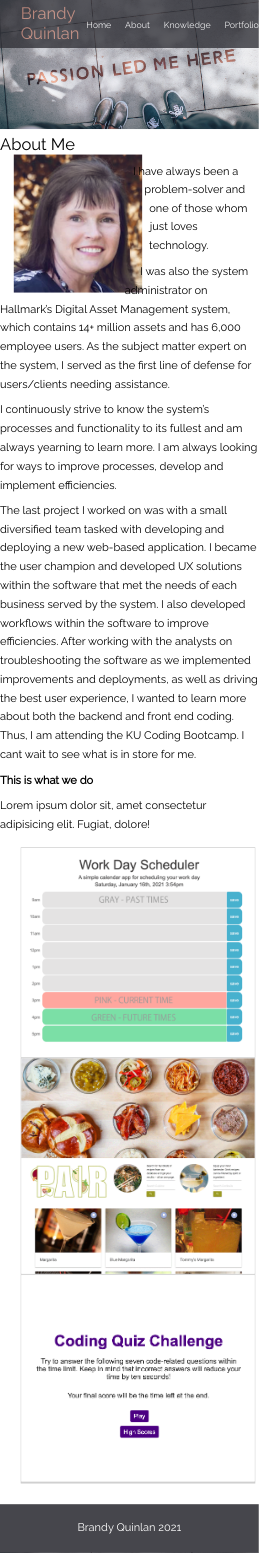
Repository: brandyquinlan/brandyquinlan
Page: index.html
The author's editor kept a copy of each file at every save. The page is drawn from the files as they stood at one save, then again after the next save.
The browser window is 375 px wide. The pictures show the whole page, at 69% of full size.
Some web libraries are served in a nearby version.

Above is the page before, as saved 2021-02-05 21:15:00.

### index.html
<!DOCTYPE html>
<html lang="en">

<head>
    <meta charset="UTF-8">
    <meta name="viewport" content="width=device-width, initial-scale=1.0">
    <link href="https://fonts.googleapis.com/css2?family=Roboto" rel="stylesheet">
    <link href="https://fonts.googleapis.com/css2?family=Raleway" rel="stylesheet">

    <link rel="stylesheet" href="https://cdnjs.cloudflare.com/ajax/libs/font-awesome/5.13.0/css/all.min.css" integrity="sha256-h20CPZ0QyXlBuAw7A+KluUYx/3pK+c7lYEpqLTlxjYQ=" crossorigin="anonymous" />
    <link rel="stylesheet" href="css/style.css">
    <title>Quinlan Portfolio</title>
</head>

<body id="home">
    <header class="hero">
        <div id="navbar" class="navbar">
            <h1 class="name">Brandy Quinlan</h1>
            <nav>
                <ul>
                    <li><a href="#home">Home</a></li>
                    <li><a href="#about">About</a></li>
                    <li><a href="#knowledge">Knowledge</a></li>
                    <li><a href="portfolio.html">Portfolio</a></li>
                    <li><a href="contact.html">Contact</a></li>
                </ul>
            </nav>
        </div>
        <section class="container">
            <img src="img/ian-schneider-TamMbr4okv4-unsplash.png" alt="" class="no-repeat  center center/cover">
        </section>
        <!-- <div id="content">
            <h1>My Slogan</h1>
            <p>Lorem ipsum dolor sit amet, consectetur adipisicing elit. Delectus, molestiae.</p>
        </div> -->
    </header>

    <!-- About -->
    <section id="aboutMe">
        <h1>About Me</h1>
        <div id="aboutRow1">

            <img class="float-left img-fluid mr-4 w-25" src="img/Me_copy.png" alt="Brandy Quinlan">
        </div>
        <p>
            I have always been a problem-solver and one of those whom just loves technology.
        </p>
        <p>
            I was also the system administrator on Hallmark’s Digital Asset Management system, which contains 14+ million assets and has 6,000 employee users. As the subject matter expert on the system, I served as the first line of defense for users/clients needing
            assistance.
        </p>
        <p> I continuously strive to know the system’s processes and functionality to its fullest and am always yearning to learn more. I am always looking for ways to improve processes, develop and implement efficiencies.
        </p>
        <p>
            The last project I worked on was with a small diversified team tasked with developing and deploying a new web-based application. I became the user champion and developed UX solutions within the software that met the needs of each business served by the
            system. I also developed workflows within the software to improve efficiencies. After working with the analysts on troubleshooting the software as we implemented improvements and deployments, as well as driving the best user experience, I
            wanted to learn more about both the backend and front end coding. Thus, I am attending the KU Coding Bootcamp. I cant wait to see what is in store for me.
        </p>

    </section>
    <!-- Portfolio Gallery -->
    <section class="projects flex-grid section-padding">
        <header class="section-header">
            <h4>This is what we do</h4>
            <p>
                Lorem ipsum dolor sit, amet consectetur adipisicing elit. Fugiat, dolore!
            </p>
        </header>
        <div class="row">
            <div class="projectsGallery">

                <a href="https://brandyquinlan.github.io/HW05_Day_Planner/" target=”_blank”>
                    <img src="img/day_planner.png" alt="" />
                </a>
                <a href="https://brandyquinlan.github.io/PAIR/" target=”_blank”>
                    <img src="/img/PAIR.png" alt="" />
                </a>
                <a href="https://brandyquinlan.github.io/HW04_Coding_Quiz/" target=”_blank”>
                    <img src="img/code-quiz.png" alt="Code Quiz Project" />
                </a>
                <a href="">
                    <img src="" alt="" />
                </a>
            </div>
    </section>
    <footer>
        <div>
            <p>Brandy Quinlan 2021</p>
        </div>
    </footer>

</body>

</html>

### css/style.css
        * {
            box-sizing: border-box;
            margin: 0;
            padding: 0;
        }
        /* Base Styles */

        body {
            font-family: 'Raleway', sans-serif;
            background: #fff;
            /* color: #333; */
            line-height: 1.7;
        }

        h1,
        h2 {
            font-weight: 250;
            font-size: 1.5rem;
            line-height: 1.2;
        }

        ul {
            list-style: none;
        }

        p {
            margin: 10px 0;
        }

        a {
            text-decoration: none;
            color: #333;
        }

        img {
            max-width: 100%;
        }
        /* Header */

        header h1 {
            color: #bf8273;
            padding-left: 10px;
        }
        /* Navbar */

        #navbar {
            display: flex;
            align-items: center;
            justify-content: space-between;
            width: 100%;
            height: 70px;
            position: fixed;
            top: 0px;
            background: #333339;
            color: #fff;
            opacity: .8;
            padding: 0 20px;
        }

        #navbar a {
            color: #fff;
            padding: 10px 10px;
            font-size: .8rem;
        }

        #navbar a:hover {
            color: #a35a4e;
        }

        #navbar ul {
            display: flex;
        }
        /* About */

        #about {
            border: 30px #5b8f9c solid;
            padding: 30px 80px;
            background: #f4f4f4;
            color: #333;
            /* background: #99999d;
            color: #fff; */
            font-size: .9rem;
        }

        #about h1 {
            color: #e6978a;
            padding-bottom: 20px;
        }

        #aboutRow1 {
            float: left;
            /* padding: 20px; */
            justify-content: space-between;
            margin: 0 20px;
            shape-outside: circle();
        }

        #about img {
            border-radius: 50%;
            margin-right: 50px;
            width: 150px;
            height: 150px;
        }
        /* Knowledge */

        #knowledge h1 {
            /* border-top: #99999d 5px solid; */
            color: #e6978a;
            /* font-weight: bolder; */
            padding: 20px 0 0 80px;
            background: #fff;
        }

        .blocks {
            position: relative;
            top: 15px;
            height: 260px;
            font-size: .9rem;
            background: #f4f4f4;
            border: #ccc 1px dashed;
        }

        .box {
            float: left;
            width: 30%;
            padding: 50px 30px 30px;
            text-align: center;
        }

        .box i {
            margin-bottom: 10px;
        }

        .blocks #box2 {
            background: #e6978a;
            color: #fff;
            height: 260px;
            width: 40%;
            /* position: relative;
            top: -10px; */
        }

        .blocks p {
            margin-bottom: 25px;
        }

        .blocks .btn {
            background: #333;
            color: #fff;
            padding: 5px 15px;
            margin-top: 15px;
            cursor: pointer;
        }

        .blocks .btn:hover {
            opacity: .8;
        }
        /* Projects */

        .projectsGallery {
            padding: 10px 5px 20px 30px;
            display: flex;
            justify-content: space-around;
            align-items: center;
        }

        .projects img {
            border: #ccc 1px solid;
            width: 30vw;
        }

        .projectsGallery p {
            background: #e6978a;
        }

        .projects h1 {
            justify-content: center;
            color: #e6978a;
            padding: 40px 0 0 80px;
        }
        /* Contact */
        /* .form-group {
            align-items: center;
        } */

        #contact {
            display: flex;
            justify-content: space space-between;
            width: 100%;
            max-width: 1920px;
            margin-top: 40px;
            padding: 20px 80px;
            background: #99999d;
            color: #fff;
            font-size: .9rem;
        }

        #contact .column2 {
            width: 40vw;
            align-items: center;
            margin-left: 40px;
            padding: 25px;
            font-size: .9rem;
            border: 15px solid #67a5b4;
        }

        #contact form {
            width: 40vw;
            outline-color: #e6978a;
        }

        #contact input {
            /* display: inline-block;
            flex-direction: column; */
            width: 100%;
            /* margin: 5px 0 0 0; */
            padding: 5px;
            outline: none;
            outline-color: #e6978a;
            /* border-top-style: hidden;
            border-right-style: hidden; */
            border-style: hidden;
            /* border-bottom-style: groove; */
        }

        #contact label {
            /* display: inline-block; */
            margin-bottom: 5px;
            outline-color: #e6978a;
        }

        #contact textarea {
            height: 60px;
            width: 100%;
            outline-color: #e6978a;
            border-style: hidden;
        }

        #contact .btn {
            border-style: hidden;
            text-align: center;
            background: #e6978a;
            width: 30%;
            margin: 5px 0 5px 0;
            padding: 5px;
            color: #333339;
            /* outline: none; */
            /* background: #e6978a; */
            /* outline: none; */
        }

        #contact h1 {
            padding-top: 5px;
        }
        /* Footer */

        footer {
            background: #333339;
            opacity: .9;
            height: 70px;
        }

        footer p {
            display: flex;
            align-items: center;
            justify-content: center;
            color: #fff;
            padding-top: 20px;
        }

        @media(max-width:768px) {
            .projects h1,
            #knowledge h1 {
                padding: 40px 0 0 35px;
            }
            .box {
                padding: 30px;
                text-align: center;
            }
        }

        @media(max-width:500px) {
            .projects h1,
            #knowledge h1 {
                padding: 40px 0 0 35px;
            }
            .box {
                padding: 30px;
                text-align: center;
            }
            .projectsGallery {
                /* padding: 10px 5px 20px 30px; */
                display: flex;
                /* flex-direction: column; */
                /* justify-content: space-around; */
                /* align-items: center; */
                display: block;
            }
            .projects img {
                border: #ccc 1px solid;
                width: 100%;
                display: block;
            }
        }

After the next save:
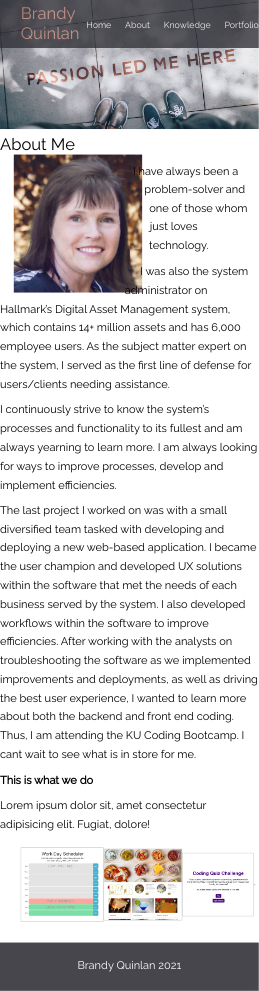
Saved 30 s later.
--- a/css/style.css
+++ b/css/style.css
@@ -294,7 +294,7 @@
                 /* flex-direction: column; */
                 /* justify-content: space-around; */
                 /* align-items: center; */
-                display: block;
+                /* display: block; */
             }
             .projects img {
                 border: #ccc 1px solid;

After the save that followed:
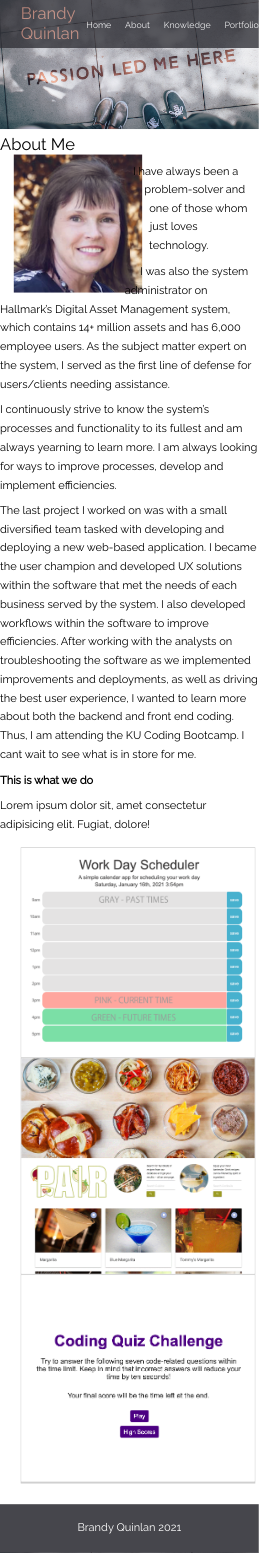
Saved 4 s later.
--- a/css/style.css
+++ b/css/style.css
@@ -294,7 +294,7 @@
                 /* flex-direction: column; */
                 /* justify-content: space-around; */
                 /* align-items: center; */
-                /* display: block; */
+                display: block;
             }
             .projects img {
                 border: #ccc 1px solid;
